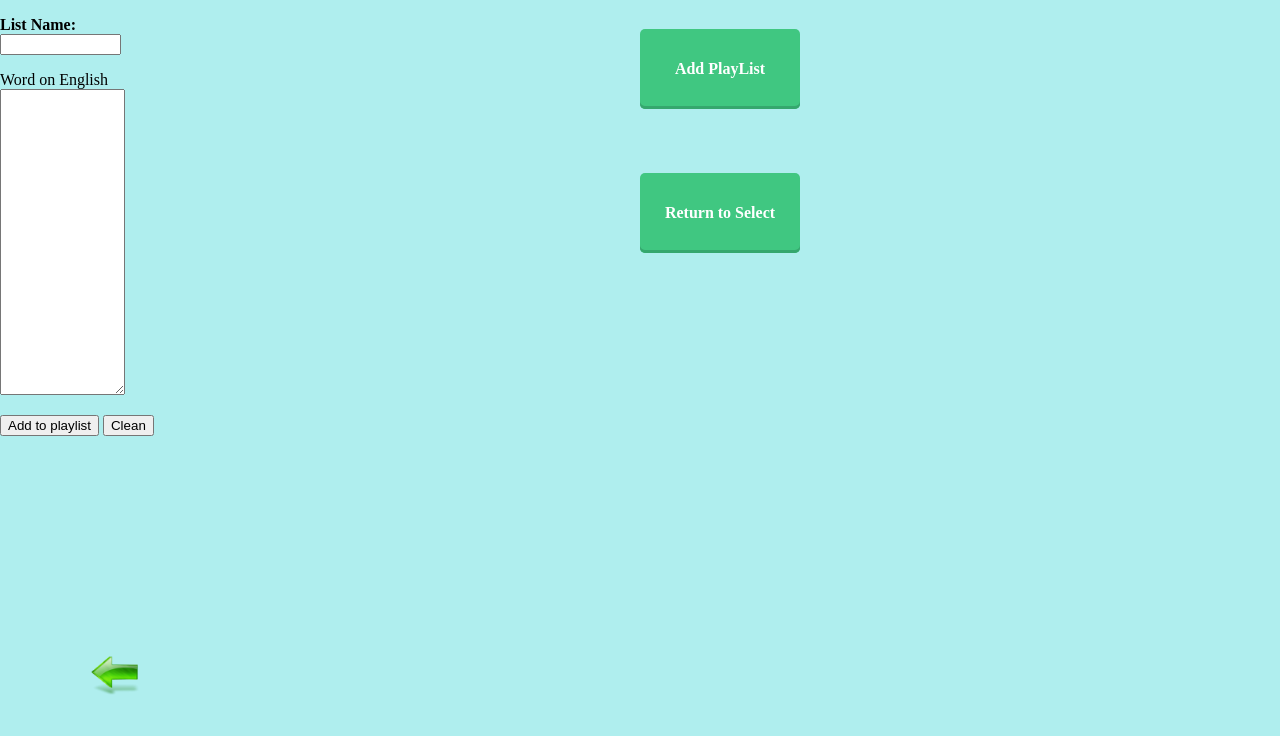
Repository: Artem-Brunov/msu_prac
Page: workspace/BasicUI/NewWithoutTr.html
An editor plug-in stored every save of this project. The page is shown before and after the next save, followed by the edit.
The browser window is 1280 px wide. The pictures show the whole page.

Above is the page before, as saved 2017-12-26 18:51:03.

After the next save:
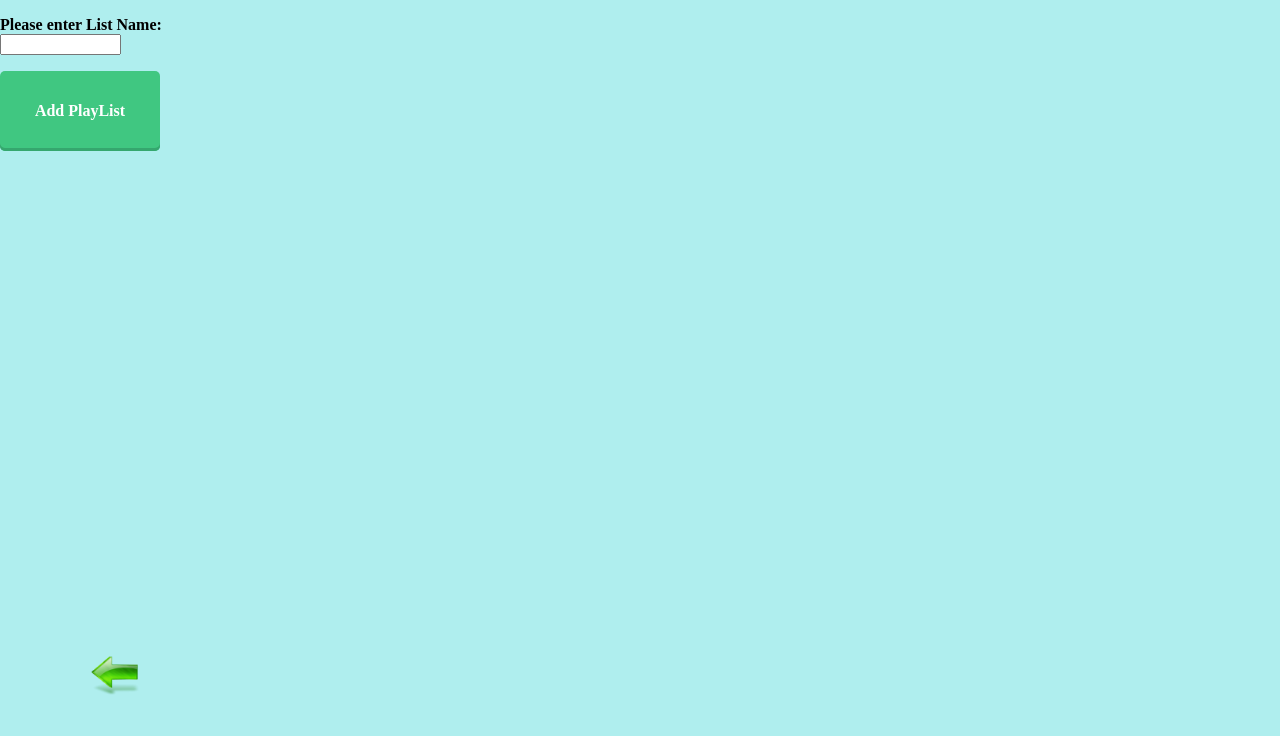
Saved 4 min 34 s later.
--- a/workspace/BasicUI/NewWithoutTr.html
+++ b/workspace/BasicUI/NewWithoutTr.html
@@ -11,25 +11,18 @@
 </head>
 <body>
 	<form name="test">
-  		<p><b>List Name:</b><br>
+  		<p><b>Please enter List Name:</b><br>
    			<input type="text" size="12">
   		</p>
 
-  		<p>Word on English<br>
-  		<textarea cols = "13" rows = "20" wrap = "hard" name = "EngW"></textarea>
-  		</p>
-  		<p><input type="submit" value="Add to playlist">
-   		<input type="reset" value="Clean"></p>
+
  	</form>
 
-	<div class = "Return">
-		<a href = "index.html" class = "first_button">Return to Select</a>
-	</div>
-	<div class = "Add">
+	<div class = "NEXT">
 		<a href = "" class = "first_button">Add PlayList</a>
 	</div>
 	<div class = "BBack">
-			<a href = "NewSettings.html"><img src="images/Back.png" width="50"
+			<a href = "index.html"><img src="images/Back.png" width="50"
   height="50" alt="One step back"></a>
 	</div>
 </body>
